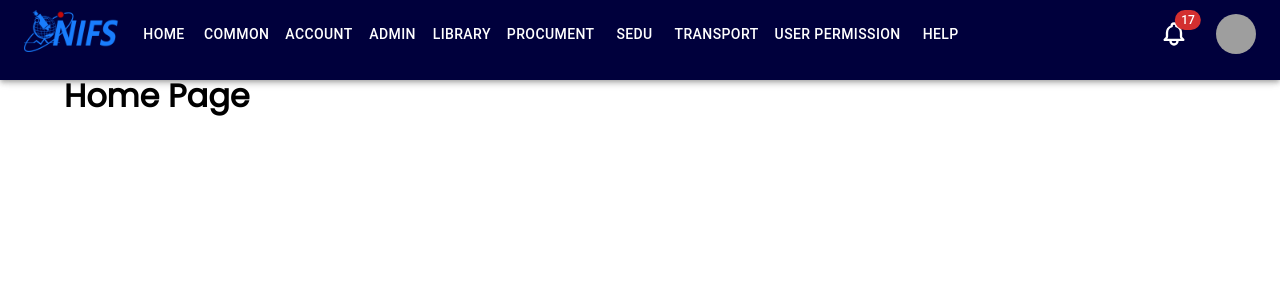
Repository: virangaj/NIFS-WebApp
Page: / (app in client/)
An editor plug-in stored every save of this project. The page is shown before and after the next save, followed by the edit.
The browser window is 1280 px wide. The pictures show the whole page.
Pictures or frames that could not be fetched are drawn as grey boxes. The project was rebuilt for these pictures with package versions that can differ from the ones it lists, and the page was loaded fresh each time. Also part of the build but not shown: client/src/pages/Login.tsx, client/src/components/Transport/shared/TransportNavbar.js, client/src/pages/TransportMainPage.tsx, client/src/pages/CommonMainPage.tsx, client/src/pages/AccountMainPage.tsx, client/src/pages/AdminMainPage.tsx, client/src/pages/LibraryMainPage.js, client/src/pages/ProcumentMainPage.js and 4 more.

Above is the page before, as saved 2022-07-26 12:22:34.

After the next save:
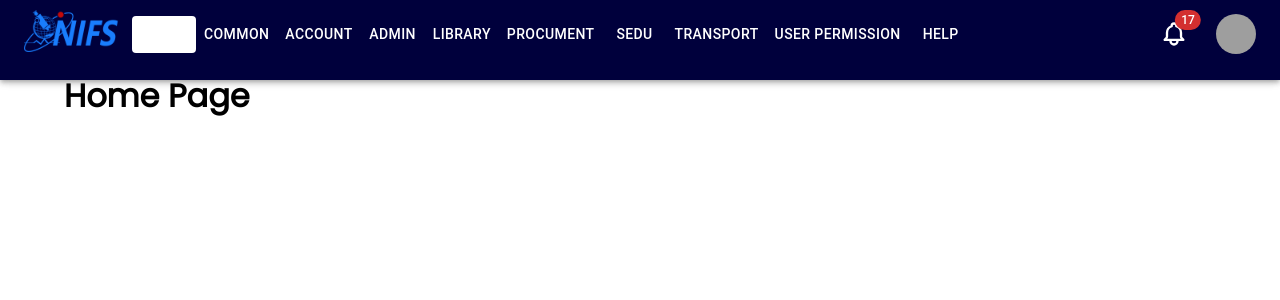
Saved 17 s later.
--- a/client/src/components/shared/Navbar.tsx
+++ b/client/src/components/shared/Navbar.tsx
@@ -175,7 +175,7 @@ const Navbar = () => {
                                         key={page.id}
                                         onClick={handleCloseNavMenu}
                                         sx={{ my: 2, color: 'white', display: 'block' }}
-                                        className='active-nav-link'
+                                        style={{ backgroundColor: '#fff' }}
                                     >
                                         {page.title}
                                     </Button>
